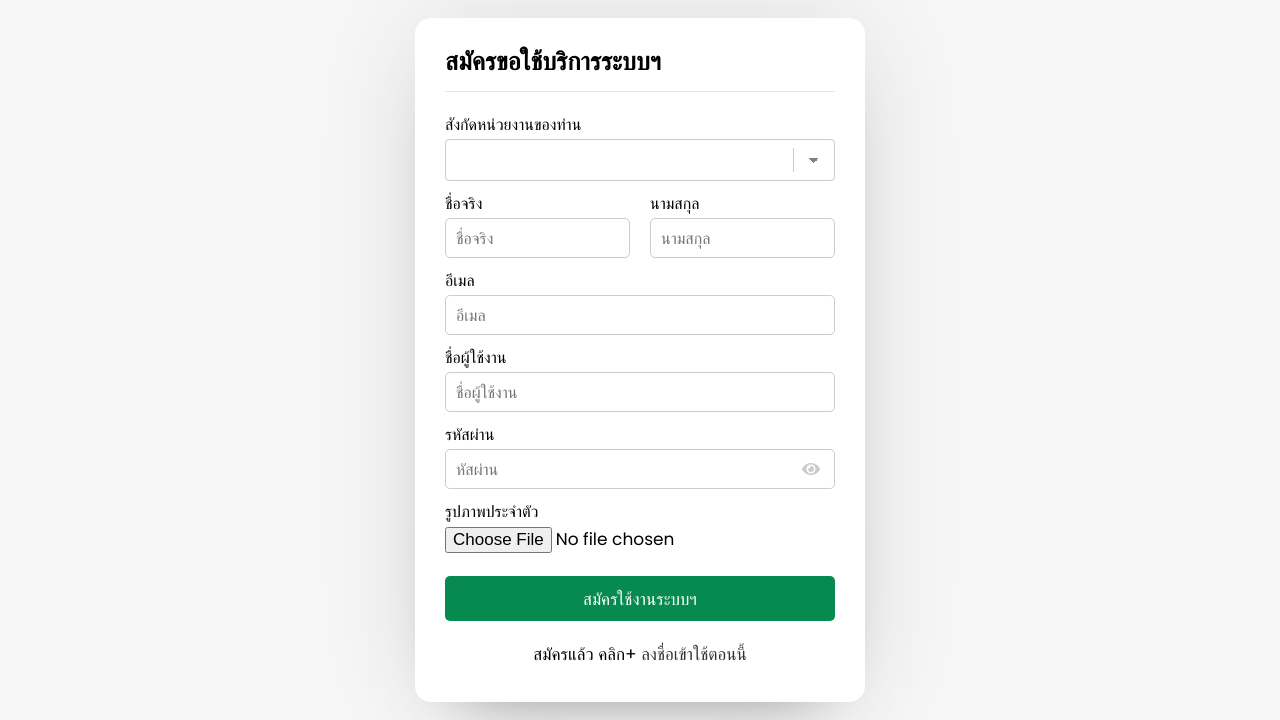
Repository: bssm1989/dek_equal_tani
Page: http://localhost/dek_equal_tani/signup.php
These files come from the project's save history. The page is drawn as it stood at one moment and after the next save; the edit follows.
The browser window is 1280 px wide. The pictures show the whole page.
The page is run by PHP 8.4 with error messages shown; the project is at /var/www/html/. Queries for data that is not in the repository find no rows.

Above is the page before, as saved 2023-11-04 11:21:29.

### signup.php
<?php
  // session_start();
  // if(isset($_SESSION['unique_id'])){
  //   header("location: users.php");
  // }

?>

<?php
  require 'php/config.php';
  include_once "header.php";
?>
<body>
  <div class="wrapper">
    <section class="form signup">
      <header>สมัครขอใช้บริการระบบฯ</header>
      <form action="#" method="POST" enctype="multipart/form-data" autocomplete="off">
        <div class="error-text"></div>
        <div class="field input">
            <label>สังกัดหน่วยงานของท่าน</label>
            <select class="minimal" name="optid" required>
              <?php
                $sql = "select optid,optnme from opt order by optid,optnme";
                $result = mysqli_query($conn,$sql);
                while ($row = mysqli_fetch_array($result)) {
              ?>
              <option value="<?=$row["optid"];?>"
                  <?php if ($rows["optid"]==$row["optid"]) echo "selected";?>>
                  <?=$row["optnme"];?></option>
              <?php } ?>
            </select>
        </div>

        <div class="name-details">
          <div class="field input">
            <label>ชื่อจริง</label>
            <input type="text" name="fname" placeholder="ชื่อจริง" required>
          </div>
          <div class="field input">
            <label>นามสกุล</label>
            <input type="text" name="lname" placeholder="นามสกุล" required>
          </div>
        </div>
        <div class="field input">
          <label>อีเมล</label>
          <input type="text" name="email" placeholder="อีเมล" required>
        </div>
        <div class="field input">
          <label>ชื่อผู้ใช้งาน</label>
          <input type="text" name="usrnme" placeholder="ชื่อผู้ใช้งาน" required>
        </div>
        <div class="field input">
          <label>รหัสผ่าน</label>
          <input type="password" name="password" placeholder="หัสผ่าน" required>
          <i class="fas fa-eye"></i>
        </div>
        <div class="field image">
          <label>รูปภาพประจำตัว</label>
          <input type="file" name="image" accept="image/x-png,image/gif,image/jpeg,image/jpg" required>
        </div>
        <div class="field button">
          <input type="submit" name="submit" value="สมัครใช้งานระบบฯ">
        </div>
      </form>
      <div class="link">สมัครแล้ว คลิก+ <a href="login.php">ลงชื่อเข้าใช้ตอนนี้</a></div>
    </section>
  </div>

  <script src="javascript/pass-show-hide.js"></script>
  <script src="javascript/signup.js"></script>

</body>
</html>

### php/config.php
<?php
  $hostname = "localhost";
  $username = "dsrd";
  $password = "L;=9,vxo";
  // $dbname = "chatapp";
  $dbname = "dek_equal_tani";

  $conn = mysqli_connect($hostname, $username, $password, $dbname);
  if(!$conn){
    echo "Database connection error".mysqli_connect_error();
    exit();
  }

  /** ตรวจสอบข้อผิดพลาดต่างๆ */
  // if (mysqli_connect_errno()) {
  //   echo "ไม่สามารถเชื่อมต่อฐานข้อมูล MySQL ได้: " . mysqli_connect_error();
  //   exit();
  // }

  date_default_timezone_set('Asia/Bangkok');

  /** แปลงวันที่ให้เป็นภาษาไทย */
  function dateThai($strDate){
    $strYear= date("Y",strtotime($strDate))+543;
    $strMonth= date("n",strtotime($strDate));
    $strDay= date("j",strtotime($strDate));
    $strHour= date("H",strtotime($strDate));
    $strMinute= date("i",strtotime($strDate));
    $strSeconds= date("s",strtotime($strDate));
    $strMonthCut = Array("","ม.ค.","ก.พ.","มี.ค.","เม.ย.","พ.ค.","มิ.ย.","ก.ค.","ส.ค.","ก.ย.","ต.ค.","พ.ย.","ธ.ค.");
    $strMonthThai=$strMonthCut[$strMonth];
    return "$strDay $strMonthThai $strYear $strHour:$strMinute น.";
  }
?>

### header.php
<!DOCTYPE html>
<!-- Coding By CodingNepal - youtube.com/codingnepal -->
<html lang="en">
<head>
  <meta charset="UTF-8">
  <meta name="viewport" content="width=device-width, initial-scale=1.0">
  <meta http-equiv="X-UA-Compatible" content="ie=edge">
  <title>Realtime Chat App | CodingNepal</title>
  <link rel="stylesheet" href="php/style.css">
  <link rel="stylesheet" href="https://cdnjs.cloudflare.com/ajax/libs/font-awesome/5.15.2/css/all.min.css"/>

</head>

### php/style.css
@import url('https://fonts.googleapis.com/css2?family=Poppins:wght@200;300;400;500;600;700&display=swap');
*{
  margin: 0;
  padding: 0;
  box-sizing: border-box;
  text-decoration: none;
  font-family: 'Poppins', sans-serif;
}
body{
  display: flex;
  align-items: center;
  justify-content: center;
  min-height: 100vh;
  background: #f7f7f7;
  padding: 0 10px;
}
.wrapper{
  background: #fff;
  max-width: 450px;
  width: 100%;
  border-radius: 16px;
  box-shadow: 0 0 128px 0 rgba(0,0,0,0.1),
              0 32px 64px -48px rgba(0,0,0,0.5);
}

/* Login & Signup Form CSS Start */
.form{
  padding: 25px 30px;
}
.form header{
  font-size: 25px;
  font-weight: 600;
  padding-bottom: 10px;
  border-bottom: 1px solid #e6e6e6;
}
.form form{
  margin: 20px 0;
}
.form form .error-text{
  color: #721c24;
  padding: 8px 10px;
  text-align: center;
  border-radius: 5px;
  background: #f8d7da;
  border: 1px solid #f5c6cb;
  margin-bottom: 10px;
  display: none;
}
.form form .name-details{
  display: flex;
}
.form .name-details .field:first-child{
  margin-right: 10px;
}
.form .name-details .field:last-child{
  margin-left: 10px;
}
.form form .field{
  display: flex;
  margin-bottom: 10px;
  flex-direction: column;
  position: relative;
}
.form form .field label{
  margin-bottom: 2px;
}
.form form .input input{
  height: 40px;
  width: 100%;
  font-size: 16px;
  padding: 0 10px;
  border-radius: 5px;
  border: 1px solid #ccc;
}
.form form .field input{
  outline: none;
}
.form form .image input{
  font-size: 17px;
}
.form form .button input{
  height: 45px;
  border: none;
  color: #fff;
  font-size: 17px;
  background: #078a4f;
  border-radius: 5px;
  cursor: pointer;
  margin-top: 13px;
}
.form form .field i{
  position: absolute;
  right: 15px;
  top: 70%;
  color: #ccc;
  cursor: pointer;
  transform: translateY(-50%);
}
.form form .field i.active::before{
  color: #333;
  content: "\f070";
}
.form .link{
  text-align: center;
  margin: 10px 0;
  font-size: 17px;
}
.form .link a{
  color: #333;
}
.form .link a:hover{
  text-decoration: underline;
}


/* Users List CSS Start */
.users{
  padding: 25px 30px;
}
.users header,
.users-list a{
  display: flex;
  align-items: center;
  padding-bottom: 20px;
  border-bottom: 1px solid #e6e6e6;
  justify-content: space-between;
}
.wrapper img{
  object-fit: cover;
  border-radius: 50%;
}
.users header img{
  height: 50px;
  width: 50px;
}
:is(.users, .users-list) .content{
  display: flex;
  align-items: center;
}
:is(.users, .users-list) .content .details{
  color: #000;
  margin-left: 20px;
}
:is(.users, .users-list) .details span{
  font-size: 18px;
  font-weight: 500;
}
.users header .logout{
  display: block;
  background: #333;
  color: #fff;
  outline: none;
  border: none;
  padding: 7px 15px;
  text-decoration: none;
  border-radius: 5px;
  font-size: 17px;
}
.users .search{
  margin: 20px 0;
  display: flex;
  position: relative;
  align-items: center;
  justify-content: space-between;
}
.users .search .text{
  font-size: 18px;
}
.users .search input{
  position: absolute;
  height: 42px;
  width: calc(100% - 50px);
  font-size: 16px;
  padding: 0 13px;
  border: 1px solid #e6e6e6;
  outline: none;
  border-radius: 5px 0 0 5px;
  opacity: 0;
  pointer-events: none;
  transition: all 0.2s ease;
}
.users .search input.show{
  opacity: 1;
  pointer-events: auto;
}
.users .search button{
  position: relative;
  z-index: 1;
  width: 47px;
  height: 42px;
  font-size: 17px;
  cursor: pointer;
  border: none;
  background: #fff;
  color: #333;
  outline: none;
  border-radius: 0 5px 5px 0;
  transition: all 0.2s ease;
}
.users .search button.active{
  background: #333;
  color: #fff;
}
.search button.active i::before{
  content: '\f00d';
}
.users-list{
  max-height: 350px;
  overflow-y: auto;
}
:is(.users-list, .chat-box)::-webkit-scrollbar{
  width: 0px;
}
.users-list a{
  padding-bottom: 10px;
  margin-bottom: 15px;
  padding-right: 15px;
  border-bottom-color: #f1f1f1;
}
.users-list a:last-child{
  margin-bottom: 0px;
  border-bottom: none;
}
.users-list a img{
  height: 40px;
  width: 40px;
}
.users-list a .details p{
  color: #67676a;
}
.users-list a .status-dot{
  font-size: 12px;
  color: #468669;
  padding-left: 10px;
}
.users-list a .status-dot.offline{
  color: #ccc;
}

/* Chat Area CSS Start */
.chat-area header{
  display: flex;
  align-items: center;
  padding: 18px 30px;
}
.chat-area header .back-icon{
  color: #333;
  font-size: 18px;
}
.chat-area header img{
  height: 45px;
  width: 45px;
  margin: 0 15px;
}
.chat-area header .details span{
  font-size: 17px;
  font-weight: 500;
}
.chat-box{
  position: relative;
  min-height: 500px;
  max-height: 500px;
  overflow-y: auto;
  padding: 10px 30px 20px 30px;
  background: #f7f7f7;
  box-shadow: inset 0 32px 32px -32px rgb(0 0 0 / 5%),
              inset 0 -32px 32px -32px rgb(0 0 0 / 5%);
}
.chat-box .text{
  position: absolute;
  top: 45%;
  left: 50%;
  width: calc(100% - 50px);
  text-align: center;
  transform: translate(-50%, -50%);
}
.chat-box .chat{
  margin: 15px 0;
}
.chat-box .chat p{
  word-wrap: break-word;
  padding: 8px 16px;
  box-shadow: 0 0 32px rgb(0 0 0 / 8%),
              0rem 16px 16px -16px rgb(0 0 0 / 10%);
}
.chat-box .outgoing{
  display: flex;
}
.chat-box .outgoing .details{
  margin-left: auto;
  max-width: calc(100% - 130px);
}
.outgoing .details p{
  background: #333;
  color: #fff;
  border-radius: 18px 18px 0 18px;
}
.chat-box .incoming{
  display: flex;
  align-items: flex-end;
}
.chat-box .incoming img{
  height: 35px;
  width: 35px;
}
.chat-box .incoming .details{
  margin-right: auto;
  margin-left: 10px;
  max-width: calc(100% - 130px);
}
.incoming .details p{
  background: #fff;
  color: #333;
  border-radius: 18px 18px 18px 0;
}
.typing-area{
  padding: 18px 30px;
  display: flex;
  justify-content: space-between;
}
.typing-area input{
  height: 45px;
  width: calc(100% - 58px);
  font-size: 16px;
  padding: 0 13px;
  border: 1px solid #e6e6e6;
  outline: none;
  border-radius: 5px 0 0 5px;
}
.typing-area button{
  color: #fff;
  width: 55px;
  border: none;
  outline: none;
  background: #333;
  font-size: 19px;
  cursor: pointer;
  opacity: 0.7;
  pointer-events: none;
  border-radius: 0 5px 5px 0;
  transition: all 0.3s ease;
}
.typing-area button.active{
  opacity: 1;
  pointer-events: auto;
}

/* Responive media query */
@media screen and (max-width: 450px) {
  .form, .users{
    padding: 20px;
  }
  .form header{
    text-align: center;
  }
  .form form .name-details{
    flex-direction: column;
  }
  .form .name-details .field:first-child{
    margin-right: 0px;
  }
  .form .name-details .field:last-child{
    margin-left: 0px;
  }

  .users header img{
    height: 45px;
    width: 45px;
  }
  .users header .logout{
    padding: 6px 10px;
    font-size: 16px;
  }
  :is(.users, .users-list) .content .details{
    margin-left: 15px;
  }

  .users-list a{
    padding-right: 10px;
  }

  .chat-area header{
    padding: 15px 20px;
  }
  .chat-box{
    min-height: 400px;
    padding: 10px 15px 15px 20px;
  }
  .chat-box .chat p{
    font-size: 15px;
  }
  .chat-box .outogoing .details{
    max-width: 230px;
  }
  .chat-box .incoming .details{
    max-width: 265px;
  }
  .incoming .details img{
    height: 30px;
    width: 30px;
  }
  .chat-area form{
    padding: 20px;
  }
  .chat-area form input{
    height: 40px;
    width: calc(100% - 48px);
  }
  .chat-area form button{
    width: 45px;
  }
}

/************ custom **************************** */
select {

  /* styling */
  background-color: white;
  border: thin solid #ccc;
  border-radius: 4px;
  display: inline-block;
  font: inherit;
  line-height: 1.5em;
  padding: 0.5em 3.5em 0.5em 1em;

  /* reset */

  margin: 0;
  -webkit-box-sizing: border-box;
  -moz-box-sizing: border-box;
  box-sizing: border-box;
  -webkit-appearance: none;
  -moz-appearance: none;
}


/* arrows */
select.minimal {
  background-image:
    linear-gradient(45deg, transparent 50%, gray 50%),
    linear-gradient(135deg, gray 50%, transparent 50%),
    linear-gradient(to right, #ccc, #ccc);
  background-position:
    calc(100% - 20px) calc(1em + 2px),
    calc(100% - 15px) calc(1em + 2px),
    calc(100% - 2.5em) 0.5em;
  background-size:
    5px 5px,
    5px 5px,
    1px 1.5em;
  background-repeat: no-repeat;
}

select.minimal:focus {
  background-image:
    linear-gradient(45deg, gray 50%, transparent 50%),
    linear-gradient(135deg, transparent 50%, gray 50%),
    linear-gradient(to right, #ccc, #ccc);
  background-position:
    calc(100% - 15px) 1em,
    calc(100% - 20px) 1em,
    calc(100% - 2.5em) 0.5em;
  background-size:
    5px 5px,
    5px 5px,
    1px 1.5em;
  background-repeat: no-repeat;
  border-color: gray;
  outline: 0;
}


select:-moz-focusring {
  color: transparent;
  /* text-shadow: 0 0 0 #000; */
}
/*
body {
  background-color: rgb(0,159,214);
  font: bold 1em/100% "Helvetica Neue", Arial, sans-serif;
  padding: 2em 0;
  text-align: center;
}
h1 {
  color: white;
  line-height: 120%;
  margin: 0 auto 2rem auto;
  max-width: 30rem;
}*/

### javascript/signup.js
const form = document.querySelector(".signup form"),
continueBtn = form.querySelector(".button input"),
errorText = form.querySelector(".error-text");

form.onsubmit = (e)=>{
    e.preventDefault();
}

continueBtn.onclick = ()=>{
    let xhr = new XMLHttpRequest();
    xhr.open("POST", "php/signup.php", true);
    xhr.onload = ()=>{
      if(xhr.readyState === XMLHttpRequest.DONE){
          if(xhr.status === 200){
              let data = xhr.response;
              if(data === "success"){
                // location.href="index.php";
                errorText.style.display = "block";
                errorText.textContent = "ลงทะเบียนเรียบร้อยแล้ว รอการอนุมัติจากผู้ดูแล!!!";
              }else{
                errorText.style.display = "block";
                errorText.textContent = data;
              }
          }
      }
    }
    let formData = new FormData(form);
    xhr.send(formData);
}

Loaded but not shown: javascript/pass-show-hide.js (common file)

After the next save:
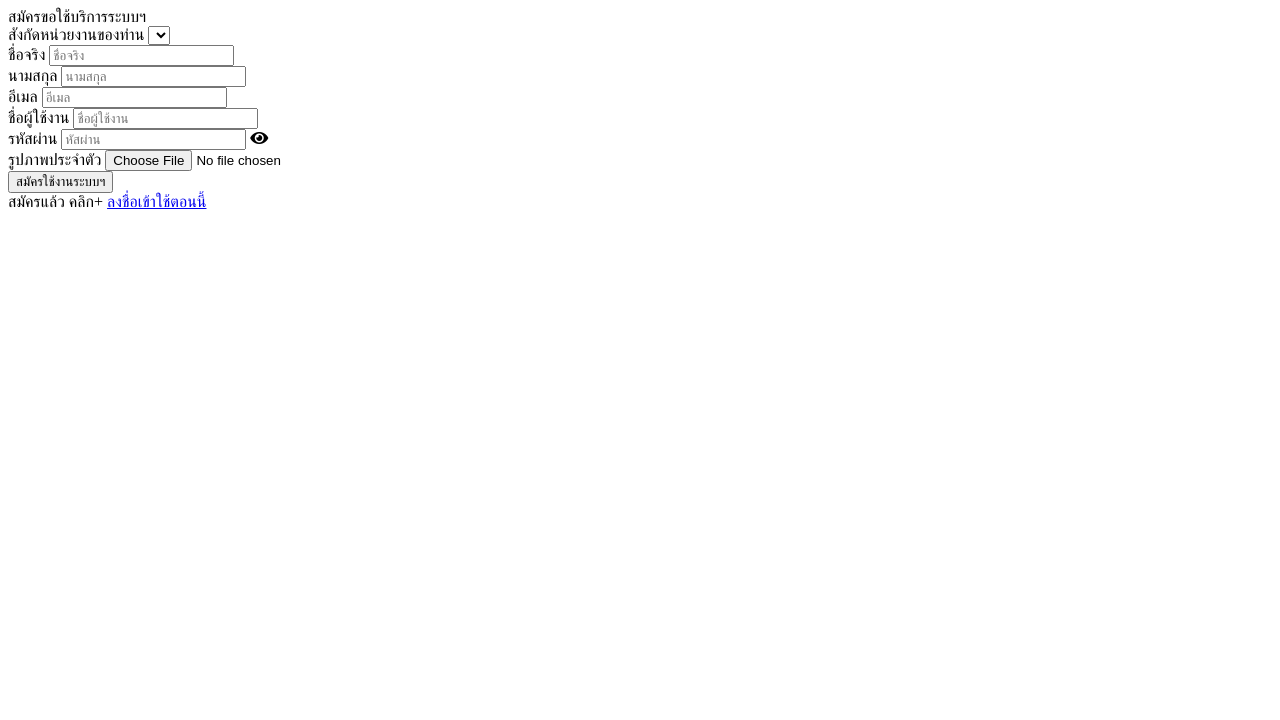
Saved 55 s later.
--- a/header.php
+++ b/header.php
@@ -6,7 +6,7 @@
   <meta name="viewport" content="width=device-width, initial-scale=1.0">
   <meta http-equiv="X-UA-Compatible" content="ie=edge">
   <title>Realtime Chat App | CodingNepal</title>
-  <link rel="stylesheet" href="php/style.css">
+  <!-- <link rel="stylesheet" href="php/style.css"> -->
   <link rel="stylesheet" href="https://cdnjs.cloudflare.com/ajax/libs/font-awesome/5.15.2/css/all.min.css"/>
 
 </head>

After the save that followed:
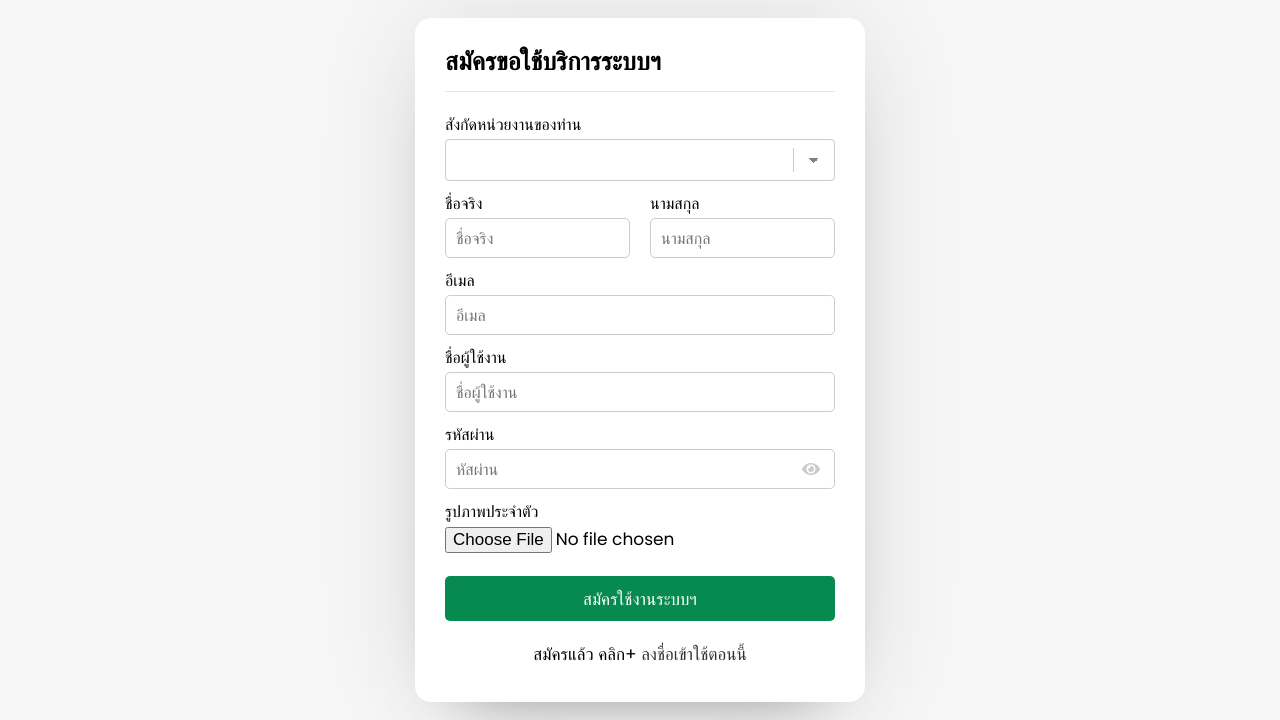
Saved 17 s later.
--- a/header.php
+++ b/header.php
@@ -6,7 +6,7 @@
   <meta name="viewport" content="width=device-width, initial-scale=1.0">
   <meta http-equiv="X-UA-Compatible" content="ie=edge">
   <title>Realtime Chat App | CodingNepal</title>
-  <!-- <link rel="stylesheet" href="php/style.css"> -->
+  <link rel="stylesheet" href="php/style.css">
   <link rel="stylesheet" href="https://cdnjs.cloudflare.com/ajax/libs/font-awesome/5.15.2/css/all.min.css"/>
 
 </head>
